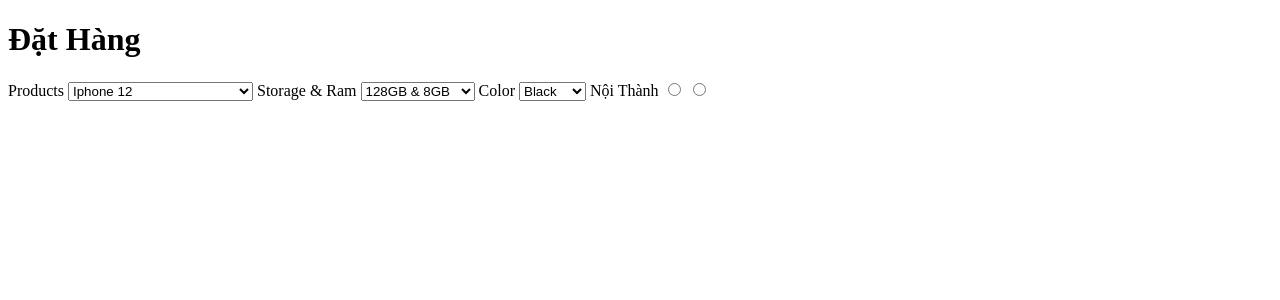
Repository: hisu87/WEB1043-JS
Page: Lab-Done-JS/Lab-7/html/Oder.html
These files come from the project's save history. The page is drawn as it stood at one moment and after the next save; the edit follows.
The browser window is 1280 px wide. The pictures show the whole page.

Above is the page before, as saved 2023-04-08 12:56:26.

### Lab-Done-JS/Lab-7/html/Oder.html
<!DOCTYPE html>
<html lang="en">

<head>
    <meta charset="UTF-8">
    <meta http-equiv="X-UA-Compatible" content="IE=edge">
    <meta name="viewport" content="width=device-width, initial-scale=1.0">
    <title>Oder</title>
</head>

<body>
    <h1>Đặt Hàng</h1>
    <form action="#">
        <label for="products">Products</label>
        <select name="products" id="products">
            <option value="1">Iphone 12</option>
            <option value="2">Iphone 12 Pro</option>
            <option value="3">Iphone 12 Pro Max</option>
            <option value="4">Iphone 12 Mini</option>
            <option value="5">SamSung Note 20 Ultra</option>
            <option value="6">SamSung Note 20</option>
            <option value="7">SamSung Note 20 Ultra 5G</option>
            <option value="8">SamSung Note 23 5G</option>
            <option value="9">SamSung Note 20 Ultra 5G</option>
            <option value="10">SamSung Note 20 Ultra 5G</option>
            <option value="11">Pixel 4Xl</option>
            <option value="12">Pixel 4</option>
            <option value="13">Pixel 4A</option>
            <option value="14">Pixel 6</option>
            <option value="15">Pixel 6 Pro</option>
            <option value="16">Pixel 7 Pro </option>
            <option value="17">Pixel 7</option>
        </select>
        <label for="storageandram">Storage & Ram</label>
        <select name="storageandram" id="storageandram">
            <option value="1">128GB & 8GB</option>
            <option value="2">256GB & 8GB</option>
            <option value="3">512GB & 8GB</option>
            <option value="4">1TB & 8GB</option>
            <option value="5">128GB & 12GB</option>
            <option value="6">256GB & 12GB</option>
            <option value="7">512GB & 12GB</option>
            <option value="8">1TB & 12GB</option>
            <option value="9">128GB & 16GB</option>
            <option value="10">256GB & 16GB</option>
            <option value="11">512GB & 16GB</option>
            <option value="12">1TB & 16GB</option>
        </select>
        <label for="color">Color</label>
        <select name="special-color" id="color">
            <option value="1">Black</option>
            <option value="2">White</option>
            <option value="3">Red</option>
            <option value="4">Blue</option>
            <option value="5">Green</option>
            <option value="6">Yellow</option>
            <option value="7">Pink</option>
            <option value="8">Purple</option>
            <option value="9">Orange</option>
            <option value="10">Gray</option>
            <option value="11">Brown</option>
            <option value="12">Gold</option>
            <option value="13">Silver</option>
        </select>
        <label for="dia_chi">Nội Thành</label>
        <input type="radio" name="dia_chi" onclick="hien_thi(false)" />
        <input type="radio" name="dia_chi" onclick="hien_thi(true)" />
        <div id="phi_vc" style="display: none">
            <label for="phi_vc">Phí Vận Chuyển</label>
            <input type="text" name="phi_vc" id="phi_vc">




    </form>


    <script>

        function hien_thi (visible) {
            var phi_vc = document.getElementById("phi_vc");
            phi_vc.style.display = visible ? "" : "none";
        }


    </script>
</body>

</html>

After the next save:
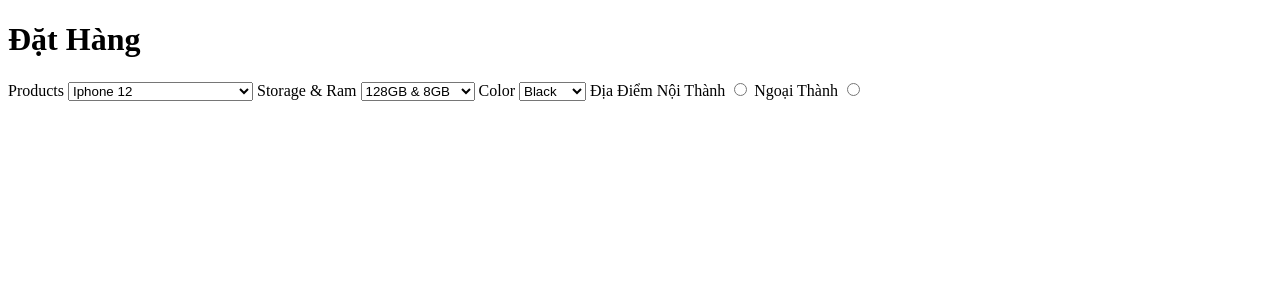
Saved 58 s later.
--- a/Lab-Done-JS/Lab-7/html/Oder.html
+++ b/Lab-Done-JS/Lab-7/html/Oder.html
@@ -62,8 +62,10 @@
             <option value="12">Gold</option>
             <option value="13">Silver</option>
         </select>
+        <label for="">Địa Điểm</label>
         <label for="dia_chi">Nội Thành</label>
         <input type="radio" name="dia_chi" onclick="hien_thi(false)" />
+        <label for="">Ngoại Thành</label>
         <input type="radio" name="dia_chi" onclick="hien_thi(true)" />
         <div id="phi_vc" style="display: none">
             <label for="phi_vc">Phí Vận Chuyển</label>
